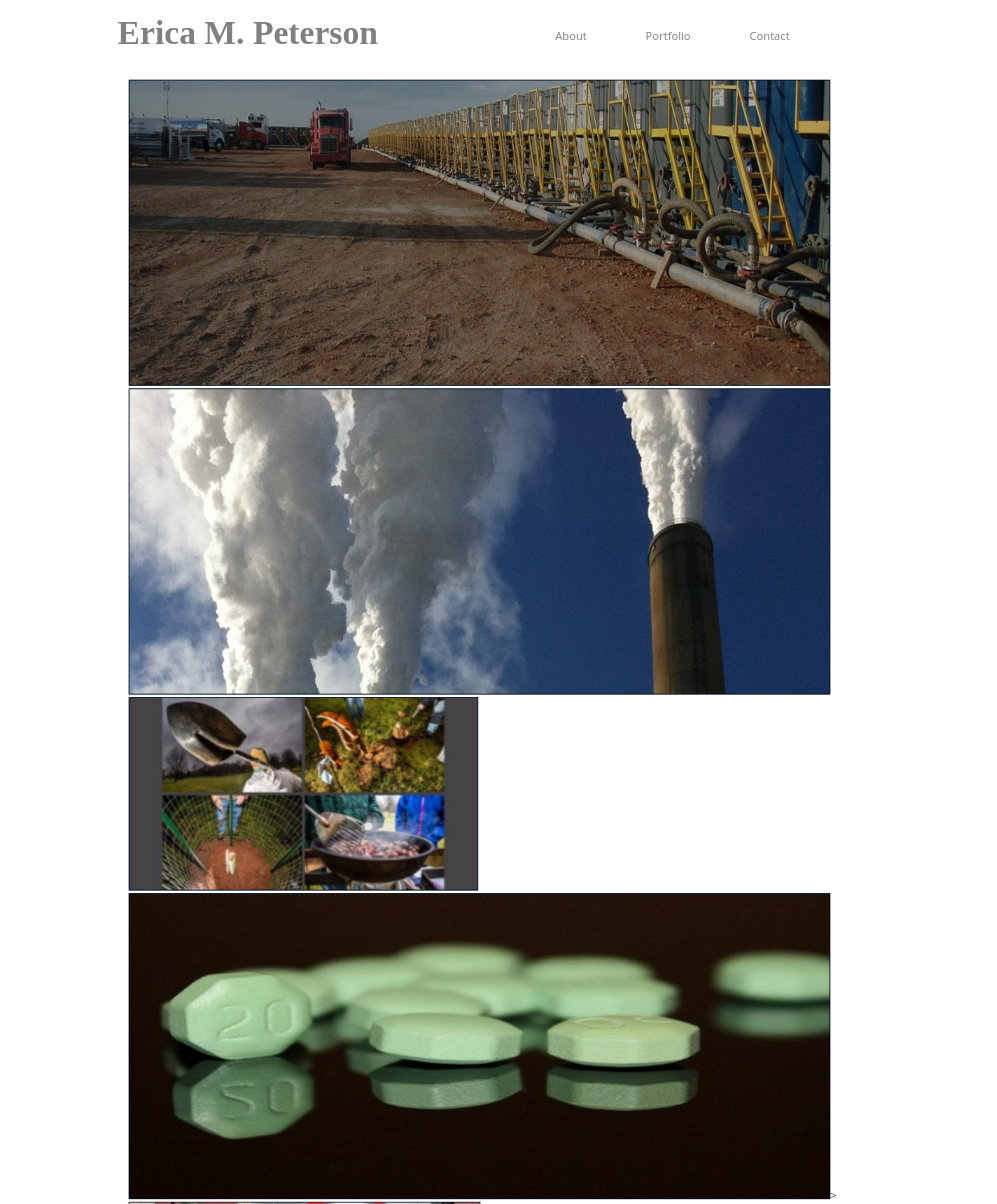
Repository: 255AM/erica
Page: portfolio.html
The author's editor kept a record of every edit. The page is drawn from the files as they stood at one moment, then again after the next edit.
The browser window is 1280 px wide. The page is 1424 px wide, so the pictures cover 1424 px, including what lies to the right of the window. The pictures show the part of the page from y = 0 to 1720 px (the page is 3327 px tall), at 70% of full size.
The pointer rests on the first visible `a.darken`.
Some web libraries are served in a nearby version.

Above is the page before.

After the next edit:
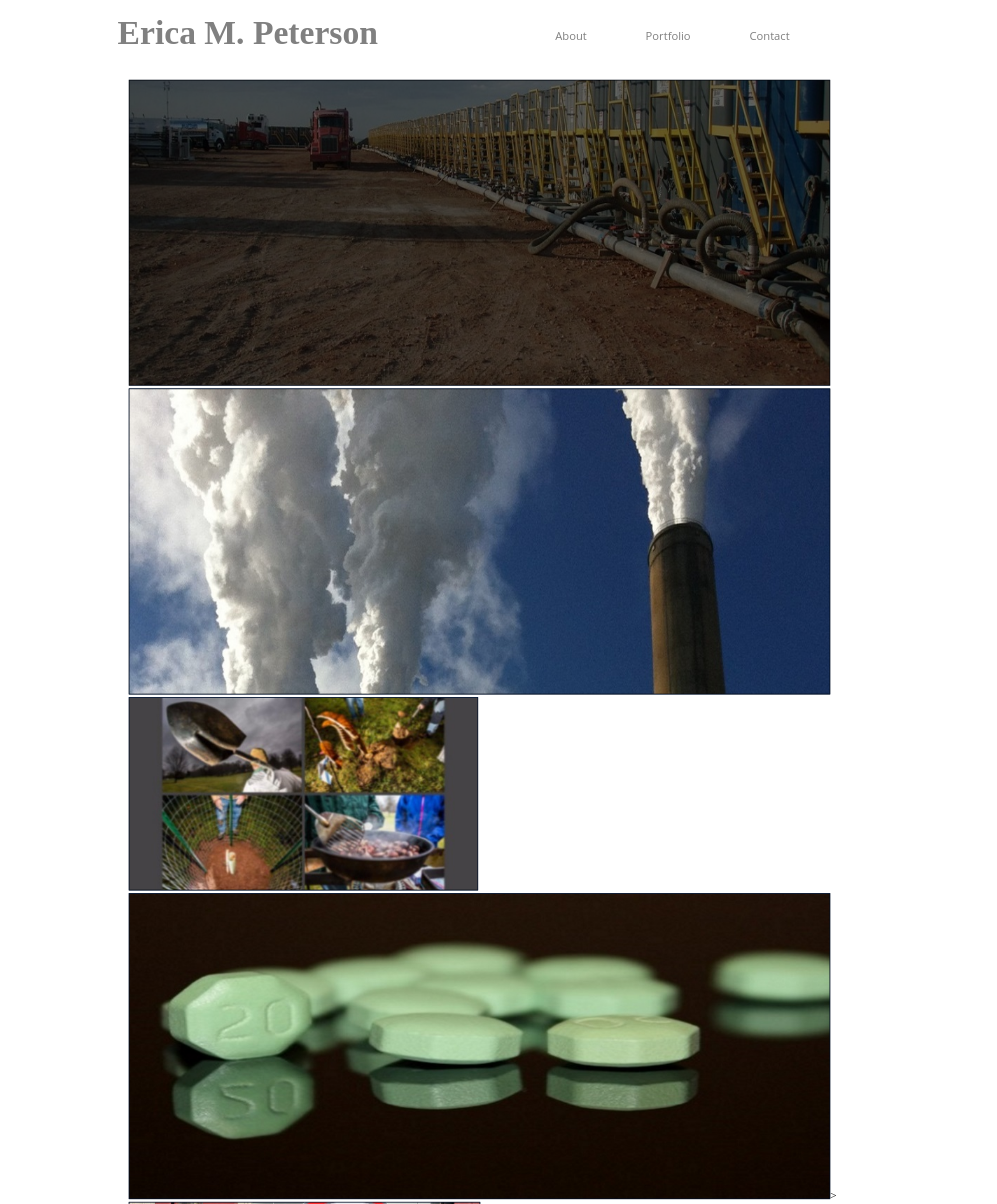
The edit:
--- a/css/style.css
+++ b/css/style.css
@@ -136,6 +136,6 @@
 }
 
 a.darken:hover img {
-    opacity: 0.7;
+    opacity: 0.4;
 
 }
